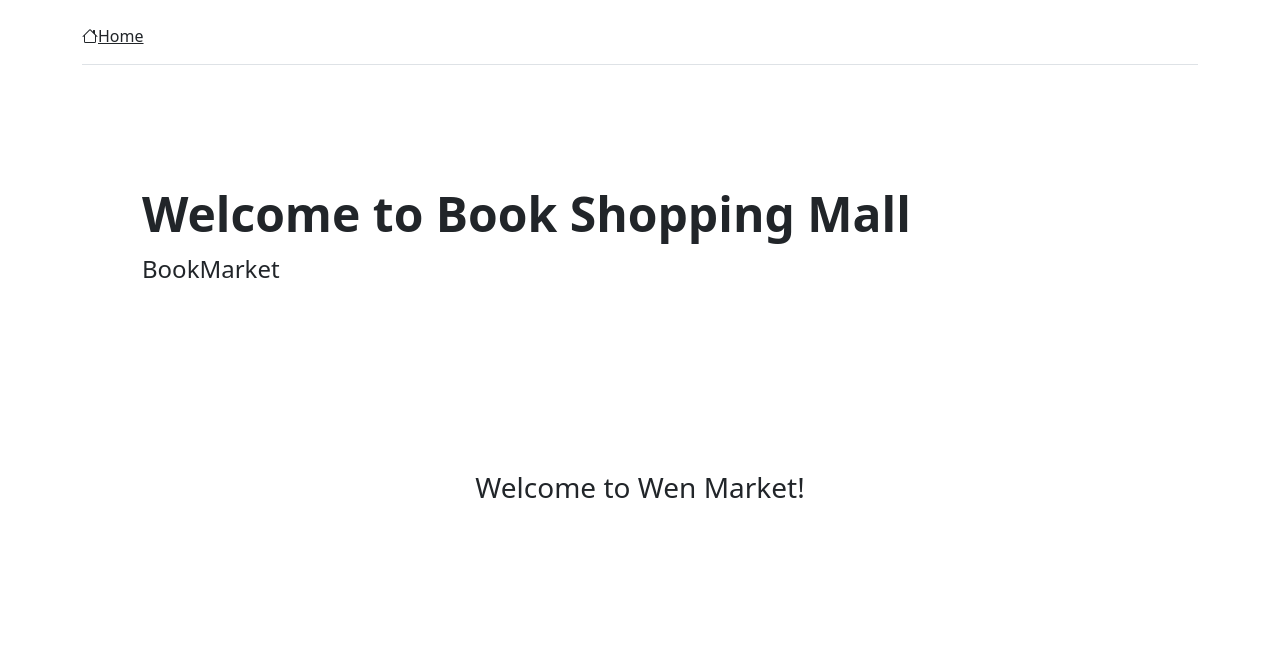
Repository: Sanetuk/jspprojects
Page: http://localhost/bookmarket/menu.jsp
The author's editor kept a copy of each file at every save. The page is drawn from the files as they stood at one save, then again after the next save.
The browser window is 1280 px wide. The pictures show the whole page.
The page is served by Tomcat 9.

Above is the page before, as saved 2024-08-06 08:18:37.

After the next save:
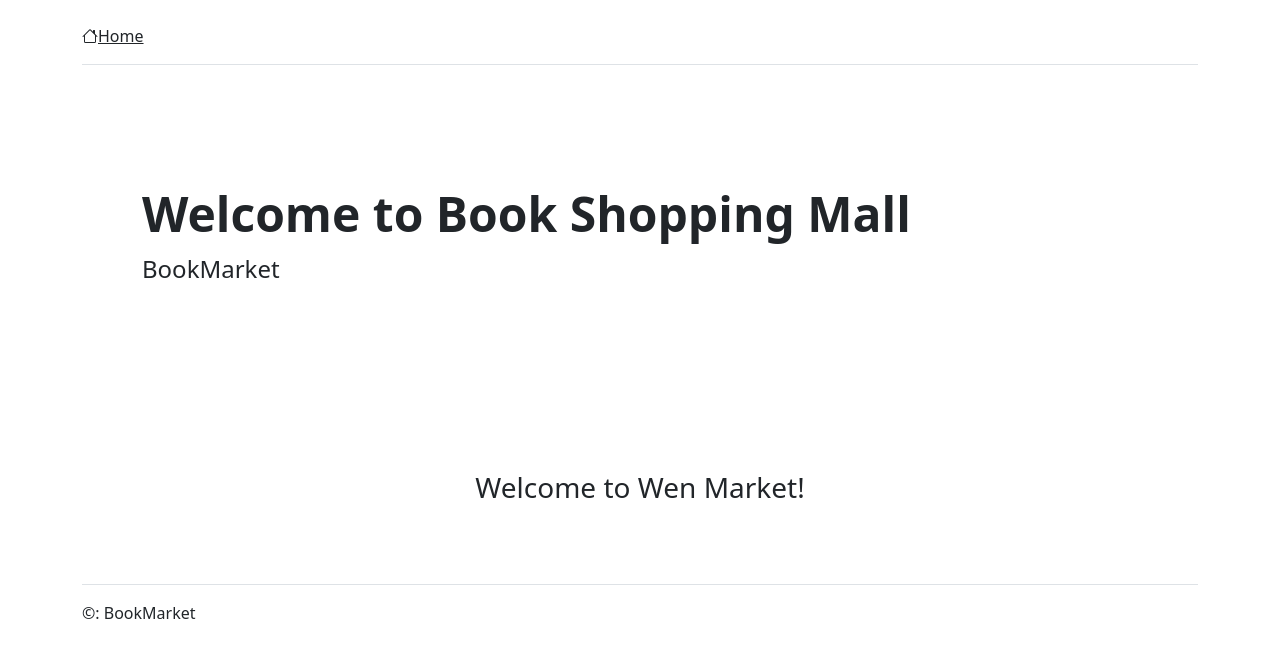
Saved 40 s later.
--- a/bookmarket/src/main/webapp/menu.jsp
+++ b/bookmarket/src/main/webapp/menu.jsp
@@ -40,5 +40,9 @@
 			</div>
 		</div>
 	</div>
+
+	<footer class="pt-3 mt-4 text-body-secondary border-top">
+		&copy: BookMarket
+	</footer>
 </body>
 </html>
